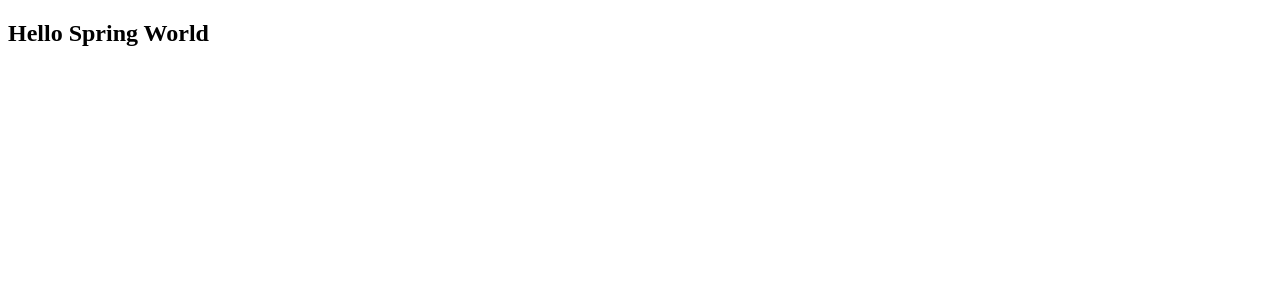
Repository: sungkyung1214/springstudy
Page: http://localhost/spring_DI/
An editor plug-in stored every save of this project. The page is shown before and after the next save, followed by the edit.
The browser window is 1280 px wide. The pictures show the whole page.
The page is served by Tomcat 9.

Above is the page before, as saved 2023-07-25 08:19:30.

After the next save:
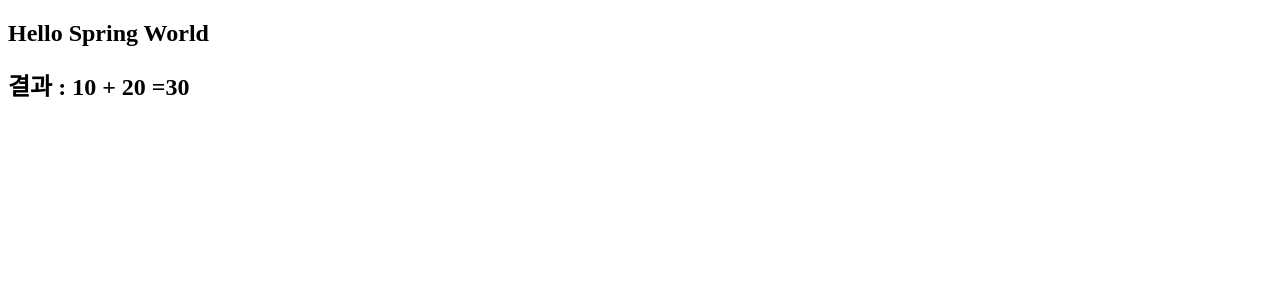
Saved 2 min 34 s later.
--- a/spring_DI/src/main/webapp/index.jsp
+++ b/spring_DI/src/main/webapp/index.jsp
@@ -1,3 +1,4 @@
+<%@page import="ex07_web_DI.MyCalc"%>
 <%@page import="org.springframework.web.context.support.WebApplicationContextUtils"%>
 <%@page import="org.springframework.web.context.WebApplicationContext"%>
 <%@page import="ex06_web_DI.HelloImpl"%>
@@ -31,6 +32,11 @@
 		String msg = hello.sayHello();
 		out.println("<h2>"+msg+"</h2>");
 
+		MyCalc mc = (MyCalc) context.getBean("myCalc");
+		int result = mc.plus(10,20);
+		out.println("<h2> 결과 : 10 + 20 =" + result + "</h2>");
+
+
 
 	%>
 </body>
